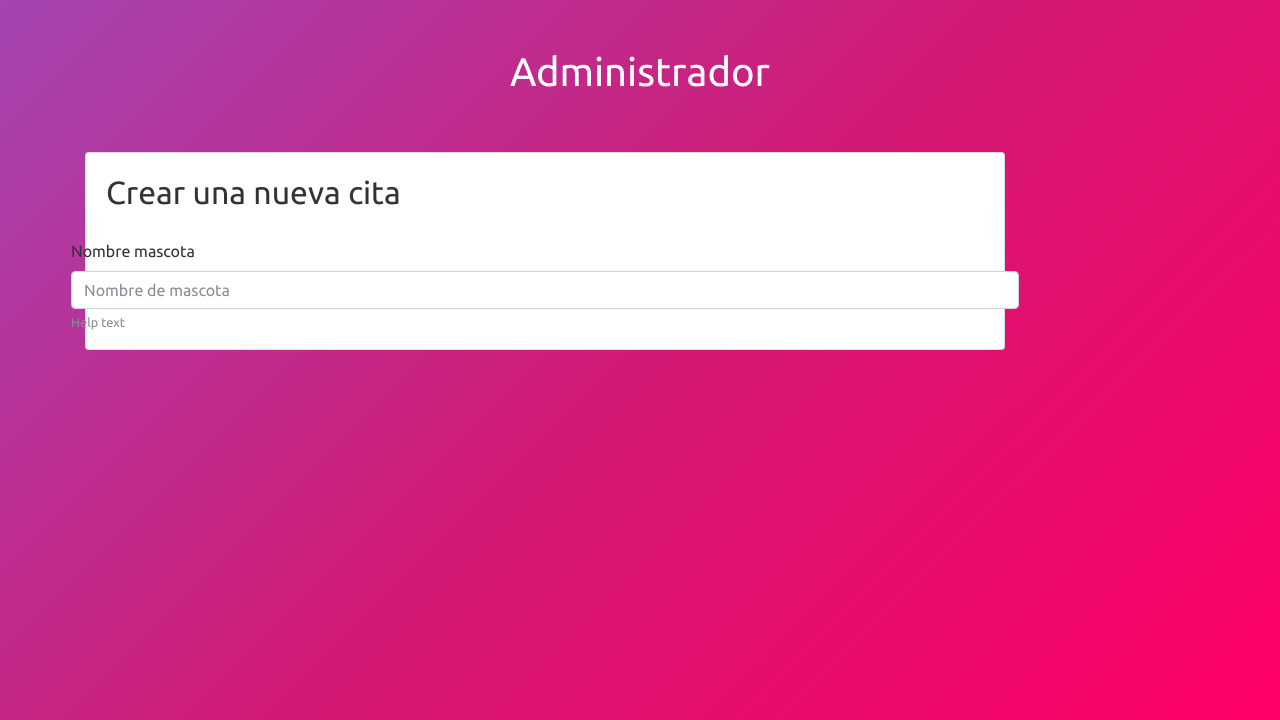
Repository: harrycampaz/react-veterinario-form
Page: /
These files come from the project's save history. The page is drawn as it stood at one moment and after the next save; the edit follows.
The browser window is 1280 px wide. The pictures show the whole page.
The project was rebuilt for these pictures with package versions that can differ from the ones it lists, and the page was loaded fresh each time.

Above is the page before, as saved 2020-01-16 14:08:39.

### src/App.js
import React, { Component} from 'react';
import './bootstrap.min.css'
import Header from './components/ui/Header'
import NuevaCita from './components/layout/NuevaCita';


class App extends Component {
  state = {  }
  render() {
    return (
      <div class="container">
        <Header titulo = "Administrador"/>

        <div className="row">
          <div className = "col-md-10 max-auto">
<NuevaCita/>
          </div>
        </div>
      </div>
     );
  }
}

export default App;

### src/components/ui/Header.js
import React from 'react';

const Header = ({titulo}) => {
    return (
      <header>
<h1 className="text-center"> {titulo}</h1>
      </header>
    );
};

export default Header;

### src/components/layout/NuevaCita.js
import React, { Component } from "react";

class NuevaCita extends Component {
  render() {
    return (
      <div className="card mt-5">
        <div className="card-body">
          <h2> Crear una nueva cita</h2>
        </div>

        <form>
          <div class="form-group row">
            <label for="nombre">Nombre mascota</label>
            <input
              type="text"
              className="form-control"
              name="mascota"
              id="mascota"
              aria-describedby="emailHelpId"
              placeholder="Nombre de mascota"
            />
            <small id="emailHelpId" class="form-text text-muted">
              Help text
            </small>
          </div>
        </form>
      </div>
    );
  }
}

export default NuevaCita;

Loaded but not shown: public/index.html (common file); src/index.js (common file); src/index.css (common file); src/serviceWorker.js (common file); src/bootstrap.min.css (library)

After the next save:
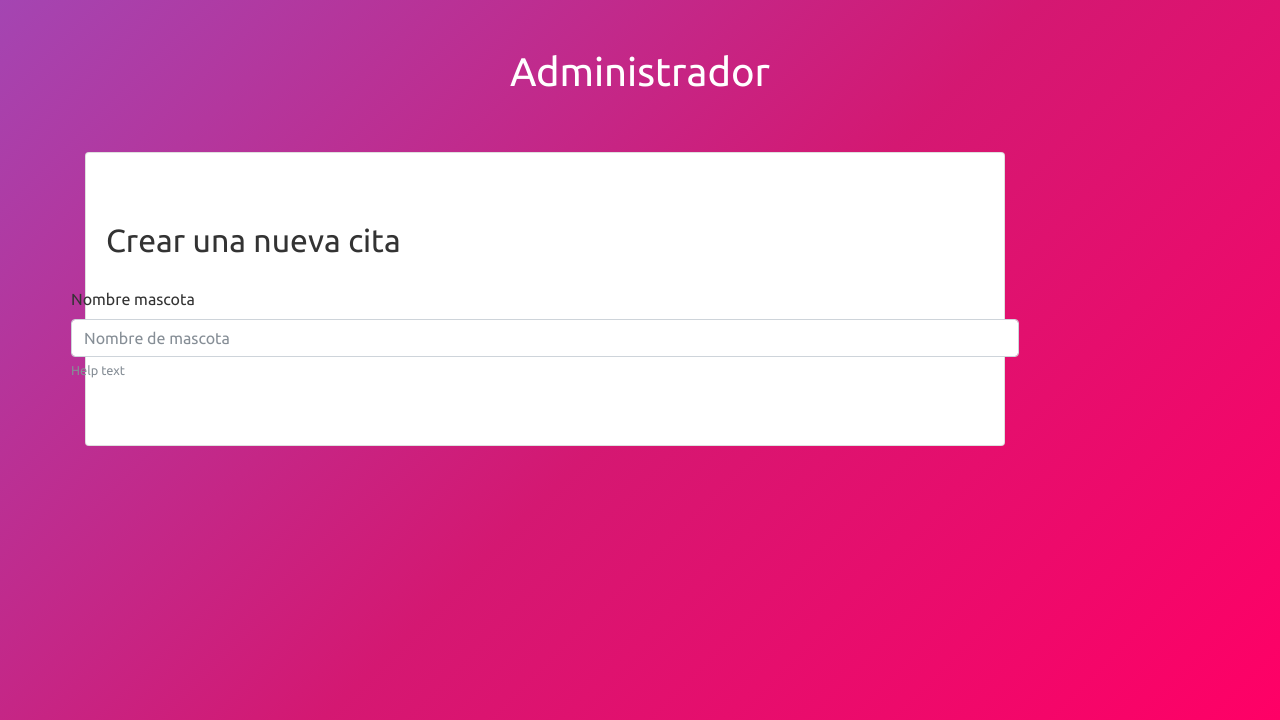
Saved 18 s later.
--- a/src/components/layout/NuevaCita.js
+++ b/src/components/layout/NuevaCita.js
@@ -3,7 +3,7 @@ import React, { Component } from "react";
 class NuevaCita extends Component {
   render() {
     return (
-      <div className="card mt-5">
+      <div className="card mt-5 py-5">
         <div className="card-body">
           <h2> Crear una nueva cita</h2>
         </div>
@@ -15,7 +15,7 @@ class NuevaCita extends Component {
               type="text"
               className="form-control"
               name="mascota"
-              id="mascota"
+              id=""
               aria-describedby="emailHelpId"
               placeholder="Nombre de mascota"
             />
